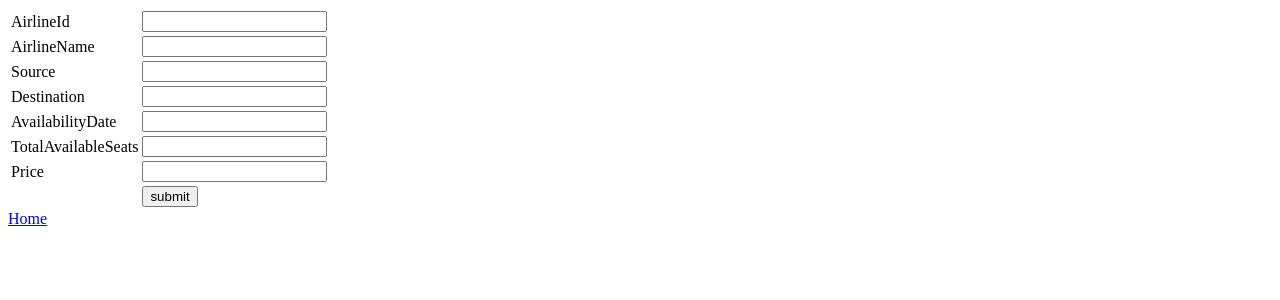
Repository: Pranathi99/FlyAway
Page: http://localhost/FlyAway/addFlight.jsp
The author's editor kept a copy of each file at every save. The page is drawn from the files as they stood at one save, then again after the next save.
The browser window is 1280 px wide. The pictures show the whole page.
The page is served by Tomcat 9.

Above is the page before, as saved 2023-03-26 07:49:50.

After the next save:
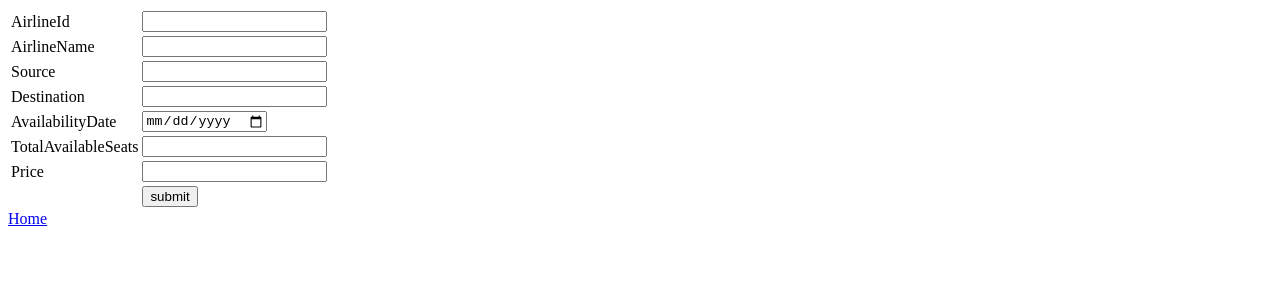
Saved 70 s later.
--- a/FlyAway/src/main/webapp/addFlight.jsp
+++ b/FlyAway/src/main/webapp/addFlight.jsp
@@ -27,7 +27,7 @@
 			</tr>
 			<tr>
 				<td>AvailabilityDate</td>
-				<td><input name="date" /></td>
+				<td><input name="date" type="date" /></td>
 			</tr>
 			<tr>
 				<td>TotalAvailableSeats</td>
